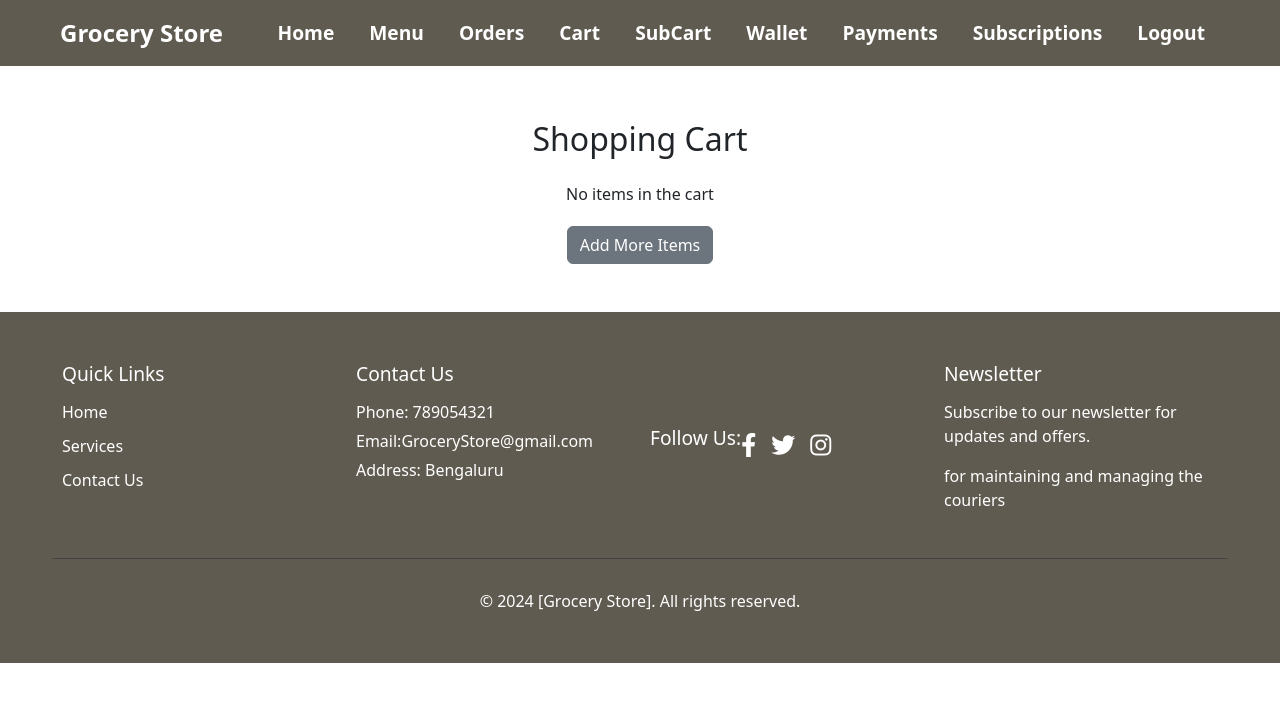
Repository: NagaMounikaY/GroceriesSubscriptionBookingManagement
Page: http://localhost/GroceriesSubBookingSystem/WEB-INF/views/addToCart.jsp
An editor plug-in stored every save of this project. The page is shown before and after the next save, followed by the edit.
The browser window is 1280 px wide. The pictures show the whole page.
The page is served by Tomcat 9. Nobody is signed in. The template is opened directly, without the code that normally fills it, so the values that code supplies are empty.

Above is the page before, as saved 2024-09-16 10:25:23.

After the next save:
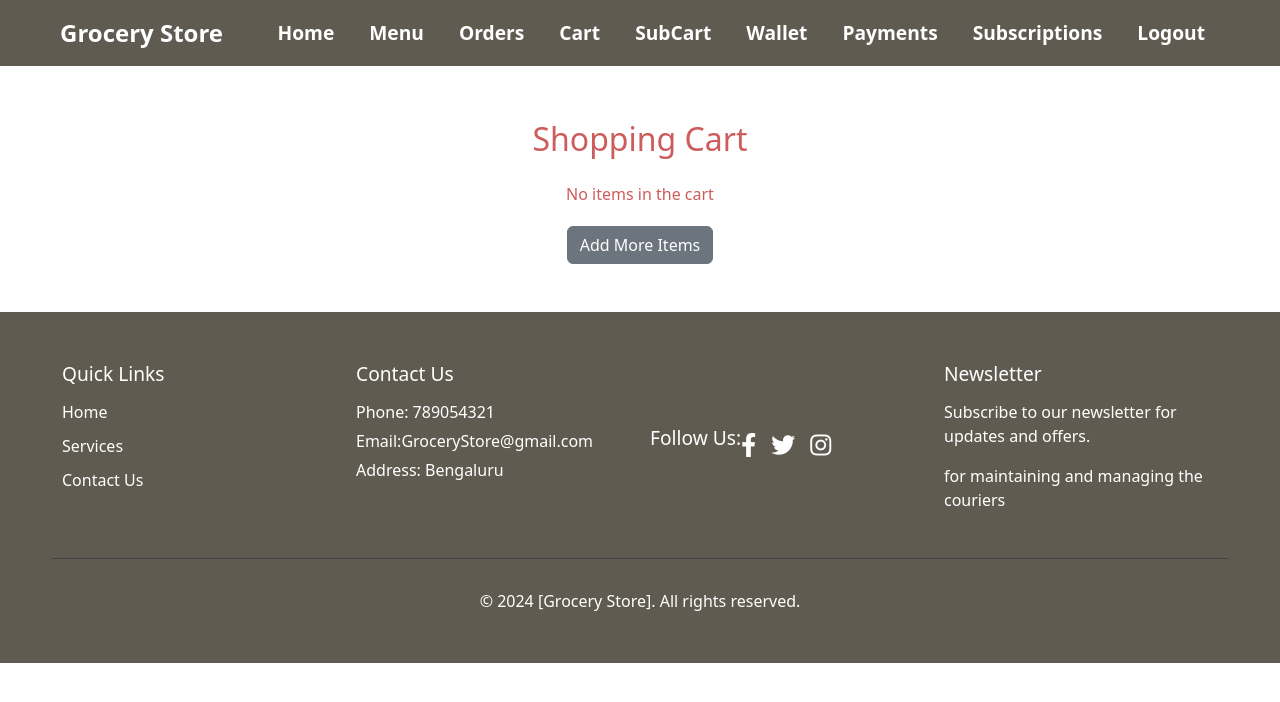
Saved 9 min 57 s later.
--- a/GroceriesSubBookingSystem/src/main/webapp/WEB-INF/views/addToCart.jsp
+++ b/GroceriesSubBookingSystem/src/main/webapp/WEB-INF/views/addToCart.jsp
@@ -70,6 +70,9 @@
         .btn-light:hover {
             background-color: rgba(56, 51, 37, 1); /* Darker color on hover */
             border-color: rgba(56, 51, 37, 1); /* Match border color on hover */
+        }
+        .text-center {
+            color: #CD5C5C; /* Match the icon color */
         }
     </style>
 </head>
